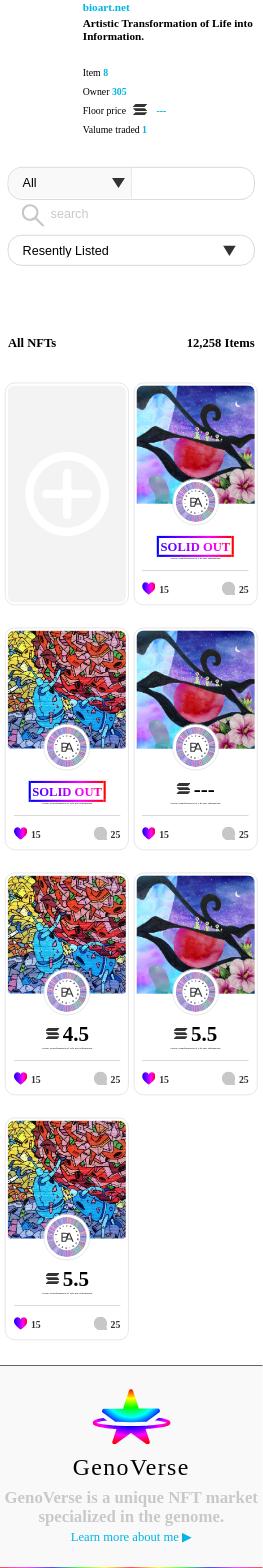
Repository: superHotBob/bioart
Page: /myplanets
The author's editor kept a copy of each file at every save. The page is drawn from the files as they stood at one save, then again after the next save.
The browser window is 375 px wide. The pictures show the part of the page from y = 621 to 2861 px (the page is 2861 px tall before and 2771 px after), at 70% of full size.
Some web fonts or font styles are not loaded; a fallback is used. The project was rebuilt for these pictures with package versions that can differ from the ones it lists, and the page was loaded fresh each time. Some packages were replaced by stand-ins written for this rebuild. The framework's server and built-in components were replaced by stand-ins that run in the browser. Also part of the build but not shown: next.config.js.

Above is the page before, as saved 2022-04-05 15:12:06.

After the next save:
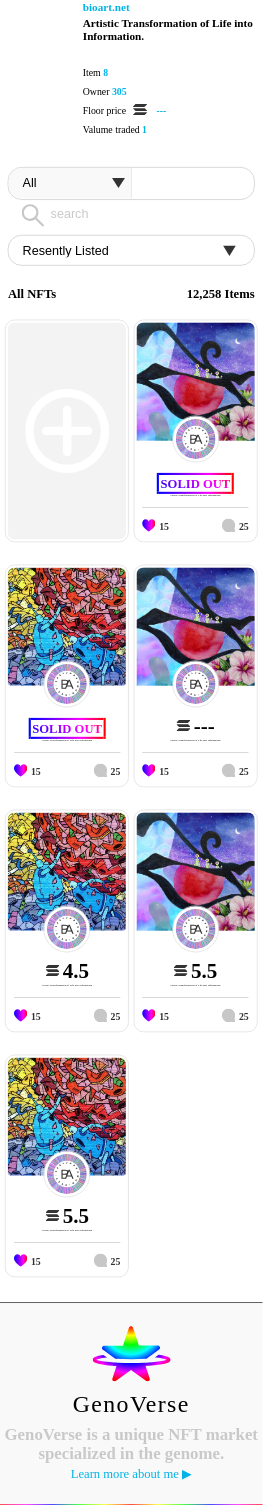
Saved 3 min 26 s later.
--- a/pages/myplanets.js
+++ b/pages/myplanets.js
@@ -939,6 +939,9 @@ export default function Explore() {
               height: 10px;
               width: 10px;
             }
+            .count {
+              margin: 30px 0;
+            }
           }
         `}
       </style>
